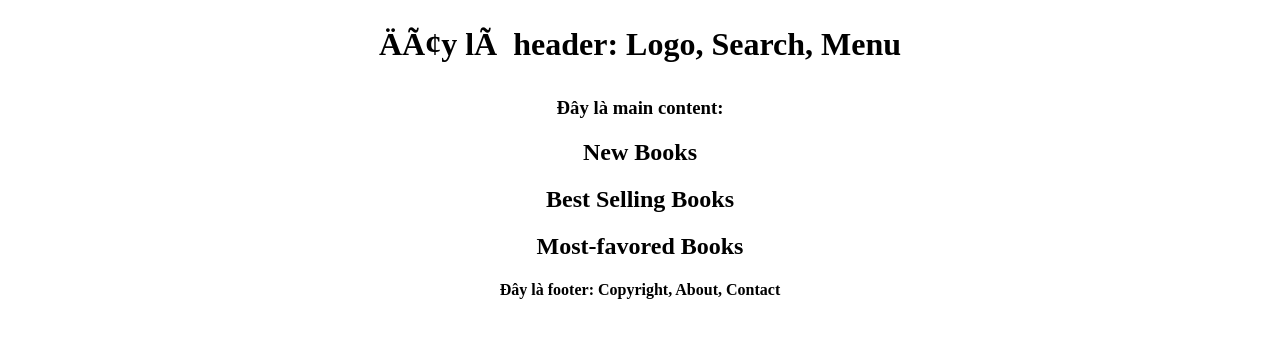
Repository: tranky1992/tranky1992.github.io
Page: http://localhost/BookStoreWebsite/
The author's editor kept a copy of each file at every save. The page is drawn from the files as they stood at one save, then again after the next save.
The browser window is 1280 px wide. The pictures show the whole page.
The page is served by Tomcat 9. Other server files are loaded and not shown.

Above is the page before, as saved 2020-10-01 09:27:16.

### BookStoreWebsite/WebContent/frontend/index.jsp
<%@ page language="java" contentType="text/html; charset=UTF-8" pageEncoding="UTF-8"%>
<!DOCTYPE html PUBLIC "-//W3C//DTD HTML 4.01 Transitional//EN" "http://www.w3.org/TR/html4/loose.dtd">
<html>
<head>
<meta http-equiv="Content-Type" content="text/html; charset=UTF-8">
<title>STB Books - Online Books Store	</title>
</head>
<body>
	<jsp:directive.include file="header.jsp" />
	<div align="center">
		<h3>Đây là main content: </h3>
		<h2>New Books</h2>
		<h2>Best Selling Books</h2>
		<h2>Most-favored Books</h2>
	</div>
	<jsp:directive.include file="footer.jsp" />
</body>
</html>

### BookStoreWebsite/WebContent/frontend/header.jsp
<div align="center">
		<h1>Đây là header: Logo, Search, Menu</h1>
</div>

### BookStoreWebsite/WebContent/frontend/footer.jsp
<%@ page language="java" contentType="text/html; charset=UTF-8" pageEncoding="UTF-8"%>
<div align="center">
		<h4>
			Đây là footer: Copyright, About, Contact
		</h4>
</div>

### BookStoreWebsite/src/com/bookstore/controller/frontend/HomeServlet.java
package com.bookstore.controller.frontend;

import java.io.IOException;

import javax.servlet.RequestDispatcher;
import javax.servlet.ServletException;
import javax.servlet.annotation.WebServlet;
import javax.servlet.http.HttpServlet;
import javax.servlet.http.HttpServletRequest;
import javax.servlet.http.HttpServletResponse;


@WebServlet("")
public class HomeServlet extends HttpServlet {
	private static final long serialVersionUID = 1L;

    public HomeServlet() {
        super();

    }


	protected void doGet(HttpServletRequest request, HttpServletResponse response) throws ServletException, IOException {
		String homepage = "frontend/index.jsp";
		RequestDispatcher dispatcher = request.getRequestDispatcher(homepage);
		dispatcher.forward(request, response);
	}


}

After the next save:
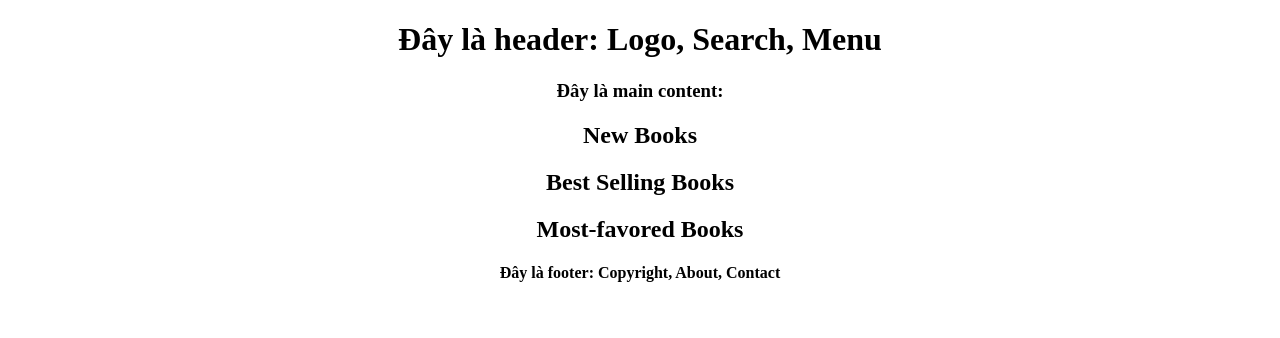
Saved 2 s later.
--- a/BookStoreWebsite/WebContent/frontend/header.jsp
+++ b/BookStoreWebsite/WebContent/frontend/header.jsp
@@ -1,3 +1,4 @@
+<%@ page language="java" contentType="text/html; charset=UTF-8" pageEncoding="UTF-8"%>
 <div align="center">
 		<h1>Đây là header: Logo, Search, Menu</h1>
 </div>
